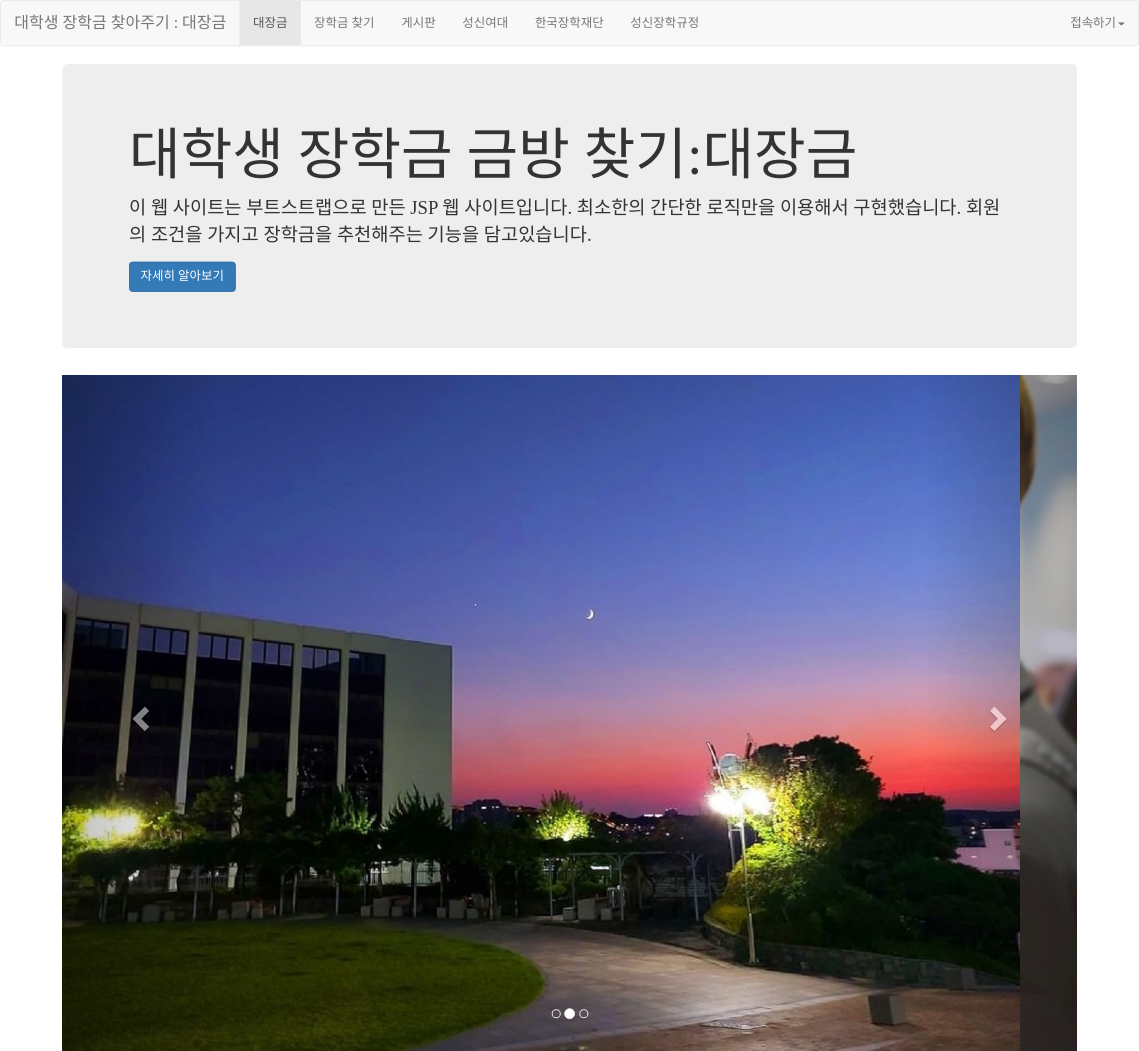
Repository: jiwon-214/DJG
Page: http://localhost/DJG/main.jsp
The author's editor kept a copy of each file at every save. The page is drawn from the files as they stood at one save, then again after the next save.
The browser window is 1280 px wide. The pictures show the whole page, at 89% of full size.
Some web fonts or font styles are not loaded; a fallback is used. Some web libraries are served in a nearby version. The page is served by Tomcat 9. Other server files are loaded and not shown.

Above is the page before, as saved 2022-02-10 16:51:45.

### DJG/WebContent/main.jsp
<%@ page language="java" contentType="text/html; charset=UTF-8"
    pageEncoding="UTF-8"%>
 <%@ page import="java.io.PrintWriter" %>
<!DOCTYPE html>
<html>
<head>
<meta charset="UTF-8">
<meta name = "viewport" content = "width=divice-width", initial-scale = "1">
<link rel = "stylesheet" href = "css/bootstrap.css">
<link rel = "stylesheet" href = "css/custom.css">
<title>대장금</title>
</head>
<body>
	<%
		//로그인 된 사람 정보 담을 수 있도록
		String userID = null;
		if (session.getAttribute("userID") != null) {
			userID = (String) session.getAttribute("userID");
		} //로그인되면 userID에 해당 이이디가 담기고 로그인 안되면 null

	%>
	<nav class ="navbar navbar-default">
		<div class = "navbar-header">
			<button type = "button" class = "navbar-toggle collapsed"
				data-toggle = "collapse" data-target = "#bs-example-navbar-collapse-1"
				aria-expanded="false">
				<span class = "icon-bar"></span>
				<span class = "icon-bar"></span>
				<span class = "icon-bar"></span>
			</button>
			<a class="navbar-brand" href = "main.jsp">대학생 장학금 찾아주기 : 대장금</a>
		</div>
		<div class="collapse navbar-collapse" id="bs-example-navbar-collapse-1">
			<ul class = "nav navbar-nav">
				<li class="active"><a href="main.jsp">대장금</a></li>
				<li><a href="djg.jsp">장학금 찾기</a></li>
				<li><a href="board.jsp">게시판</a></li>
				<li><a href="https://portal.sungshin.ac.kr/sso/login.jsp">성신여대</a></li>
				<li><a href="http://www.kosaf.go.kr/">한국장학재단</a></li>
				<li><a href="https://rule.sungshin.ac.kr/service/law/lawView.do?seq=95&historySeq=0&gubun=cur&tree=part">성신장학규정</a></li>
			</ul>
			<%
				//로그인이 되어있지 않은 사람들의 화면
				if(userID == null) {
			%>
				<ul class="nav navbar-nav navbar-right">
				<li class="dropdown">
					<a href="#" class="dropdown-toggle"
						data-toggle="dropdown" role="button" aria-haspopup="true"
						aria-expanded="false">접속하기<span class="caret"></span></a>
					<ul class="dropdown-menu">
						<li><a href = "login.jsp">로그인 </a></li>
						<li><a href="join.jsp">회원가입</a></li>
					</ul>
				</li>
			</ul>
			<%
				} else { //로그인 되어있는 사람들의 화면
			%>
				<ul class="nav navbar-nav navbar-right">
				<li class="dropdown">
					<a href="#" class="dropdown-toggle"
						data-toggle="dropdown" role="button" aria-haspopup="true"
						aria-expanded="false">회원관리<span class="caret"></span></a>
					<ul class="dropdown-menu">
						<li><a href = "modification.jsp">정보수정</a></li>
						<li><a href = "info.jsp">정보 확인</a></li>
						<li><a href = "logoutAction.jsp">로그아웃</a></li>
						<li><a href = "withdraw.jsp">탈퇴하기</a></li>
					</ul>
				</li>
			</ul>
			<%
				}
			%>

		</div>
	</nav>
	<div class="container">
		<div class="jumbotron">
			<div class="container">
				<h1>대학생 장학금 금방 찾기:대장금</h1>
				<p>이 웹 사이트는 부트스트랩으로 만든 JSP 웹 사이트입니다. 최소한의 간단한 로직만을 이용해서 구현했습니다. 회원의 조건을 가지고 장학금을 추천해주는 기능을 담고있습니다.</p>
				<p><a class="btn btn-primary btn-pull" href="#" role="button">자세히 알아보기</a></p>
			</div>
		</div>
	</div>
	<div class="container">
	<%--사진첩 같은 개념--%>
		<div id = "myCarousel" class="carousel slide" data-ride="carousel">
			<ol class="carousel-indicators">
				<li data-target="#myCarousel" data-slide-to="0" class="active"></li>
				<li data-target="#myCarousel" data-slide-to="1"></li>
				<li data-target="#myCarousel" data-slide-to="2"></li>
			</ol>
			<%-- 실질적인 사진을 넣어줌 --%>
			<div class="carousel-inner">
				<div class="item active">
					<img src="images/school2.jpg">
				</div>
				<div class="item">
					<img src="images/4.jpg">
				</div>
				<div class="item">
					<img src="images/5.jpg">
				</div>
			</div>
			<%--사진을 넘길 수 있도록 --%>
			<a class="left carousel-control" href="#myCarousel" data-slide="prev">
				<span class="glyphicon glyphicon-chevron-left"></span>
			</a>
			<a class="right carousel-control" href="#myCarousel" data-slide="next">
				<span class="glyphicon glyphicon-chevron-right"></span>
			</a>
		</div>
	</div>
	<script src = "https://code.jquery.com/jquery-3.1.1.min.js"></script>
	<script src = "js/bootstrap.js"></script>
</body>
</html>

### DJG/WebContent/css/custom.css
@import url(http://fonts.googleapis.com/earlyaccess/nanumgothic.css);
@import url(http://fonts.googleapis.com/earlyaccess/hanna.css);
* {
	font-family : 'Nanum Gothic';
}
h1 {
	font-famaily : 'Hanna';
}

Loaded but not shown: DJG/WebContent/css/bootstrap.css (library); DJG/WebContent/js/bootstrap.js (library)

After the next save:
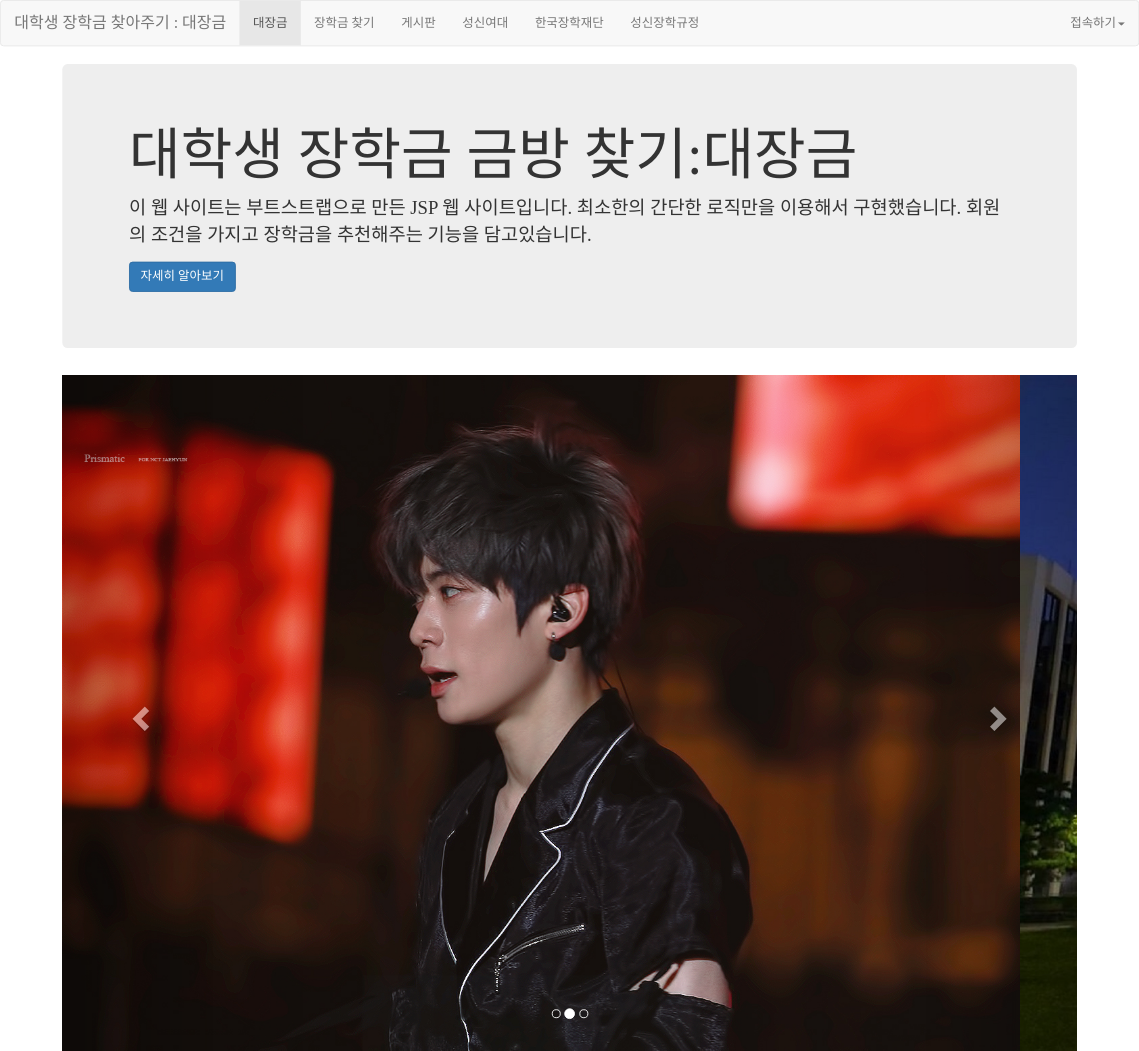
Saved 42 min 55 s later.
--- a/DJG/WebContent/main.jsp
+++ b/DJG/WebContent/main.jsp
@@ -96,13 +96,13 @@
 			<%-- 실질적인 사진을 넣어줌 --%>
 			<div class="carousel-inner">
 				<div class="item active">
+					<img src="images/3.jpg">
+				</div>
+				<div class="item">
 					<img src="images/school2.jpg">
 				</div>
 				<div class="item">
-					<img src="images/4.jpg">
-				</div>
-				<div class="item">
-					<img src="images/5.jpg">
+					<img src="images/school3.jpg">
 				</div>
 			</div>
 			<%--사진을 넘길 수 있도록 --%>
